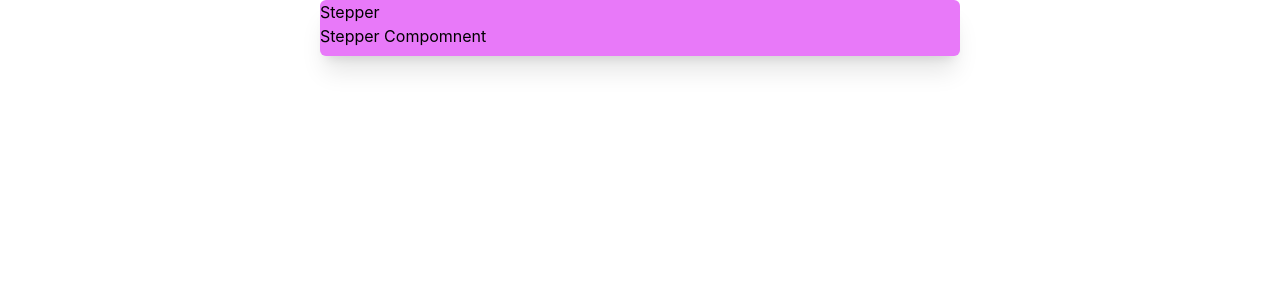
Repository: OmniaRafat232111121/reactstepper
Page: /
The author's editor kept a copy of each file at every save. The page is drawn from the files as they stood at one save, then again after a run of saves.
The browser window is 1280 px wide. The pictures show the whole page.
The project was rebuilt for these pictures with package versions that can differ from the ones it lists, and the page was loaded fresh each time. Also part of the build but not shown: src/App.css.

Above is the page before, as saved 2023-02-21 16:50:47.

After the next 3 saves:
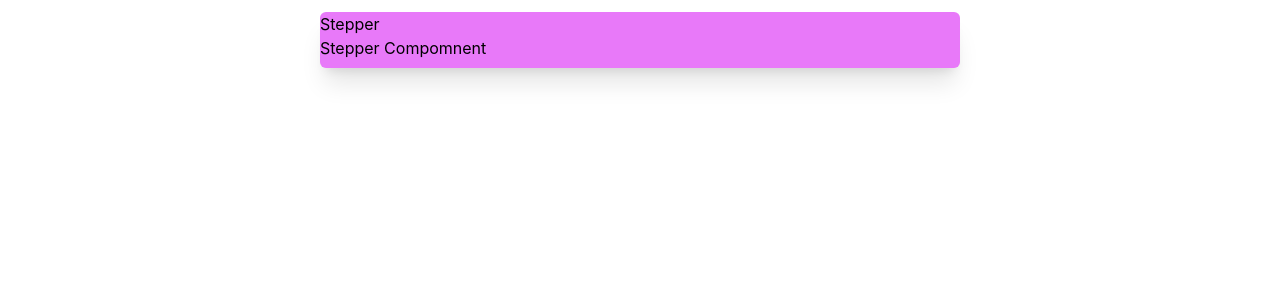
The 3 saves are shown as one change because they came seconds apart.
The last was saved 9 s later.
--- a/src/App.js
+++ b/src/App.js
@@ -4,7 +4,7 @@
 import StepperControl from './Component/StepperControl';
 function App() {
   return (
-    <div className="md:w-1/2 mx-auto  rounded-md shadow-xl bg-fuchsia-400 pb-2 ">
+    <div className="md:w-1/2 mx-auto  rounded-md shadow-xl bg-fuchsia-400 pb-2 my-3">
      {/*stepper*/}
      <Stepper/>
      {/*StepperCOntrol*/}

After the save that followed:
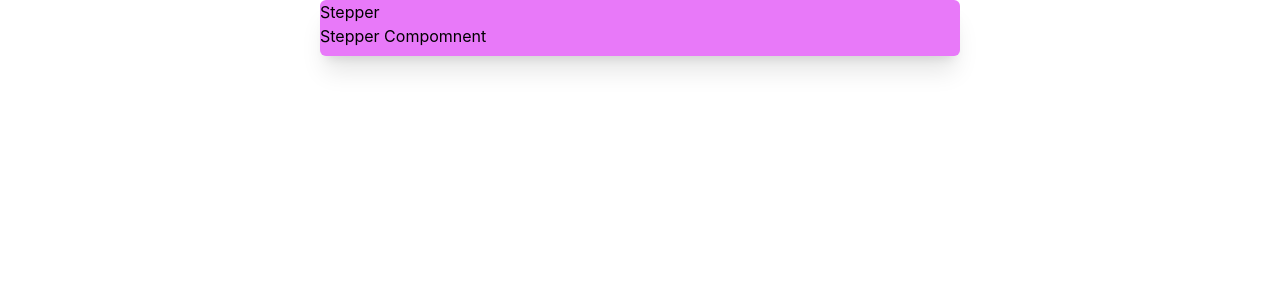
Saved 12 s later.
--- a/src/App.js
+++ b/src/App.js
@@ -4,7 +4,7 @@
 import StepperControl from './Component/StepperControl';
 function App() {
   return (
-    <div className="md:w-1/2 mx-auto  rounded-md shadow-xl bg-fuchsia-400 pb-2 my-3">
+    <div className="md:w-1/2 mx-auto  rounded-md shadow-xl bg-fuchsia-400 pb-2 mt-">
      {/*stepper*/}
      <Stepper/>
      {/*StepperCOntrol*/}
